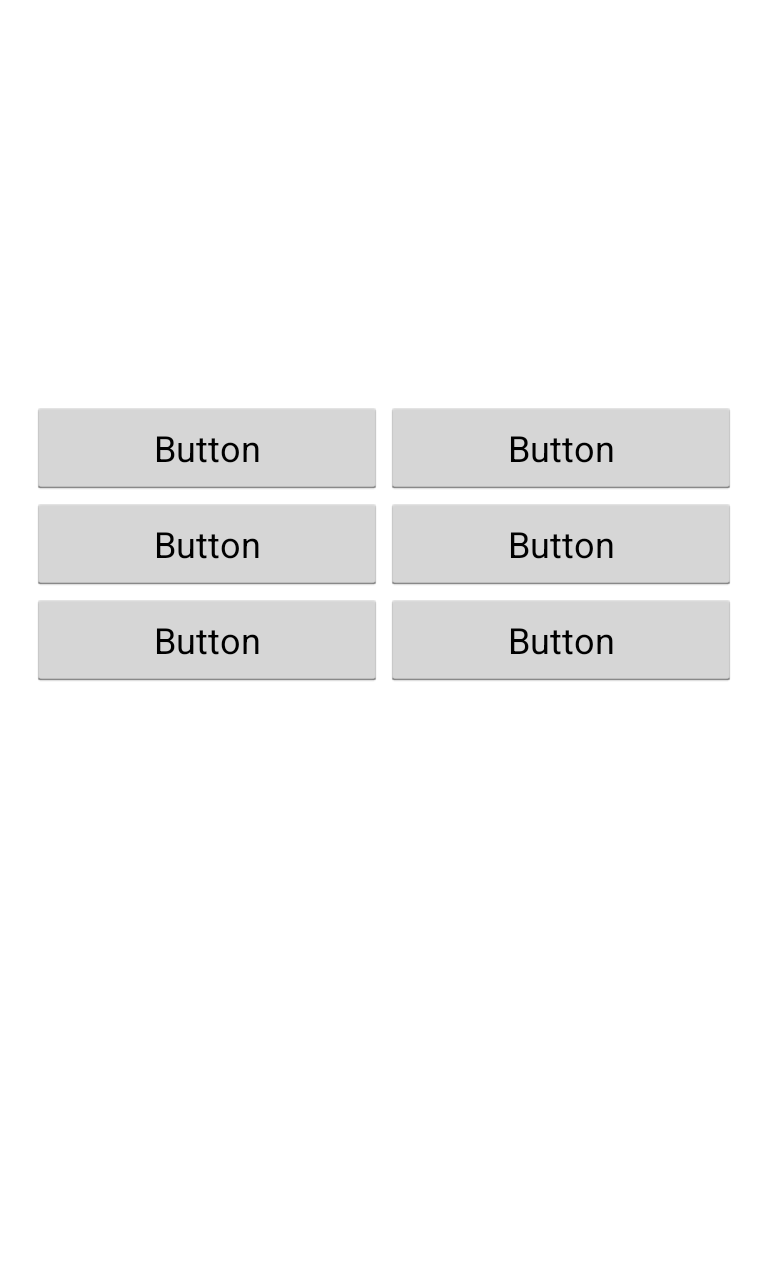
Repository: AungWinnHtut/MScAnd
Layout: com.example.com.engineer4myanmar.rtrs.MainActivity/res/layout/activity_main.xml
The author's editor kept a copy of each file at every save. The layout is drawn from the files as they stood at one save, then again after the next save.
It is drawn on a 768 x 1280 px phone screen (xhdpi) without system bars, with theme AppTheme; the app's code is not run.

Above is the layout before, as saved 2015-06-21 06:44:38.

After the next save:
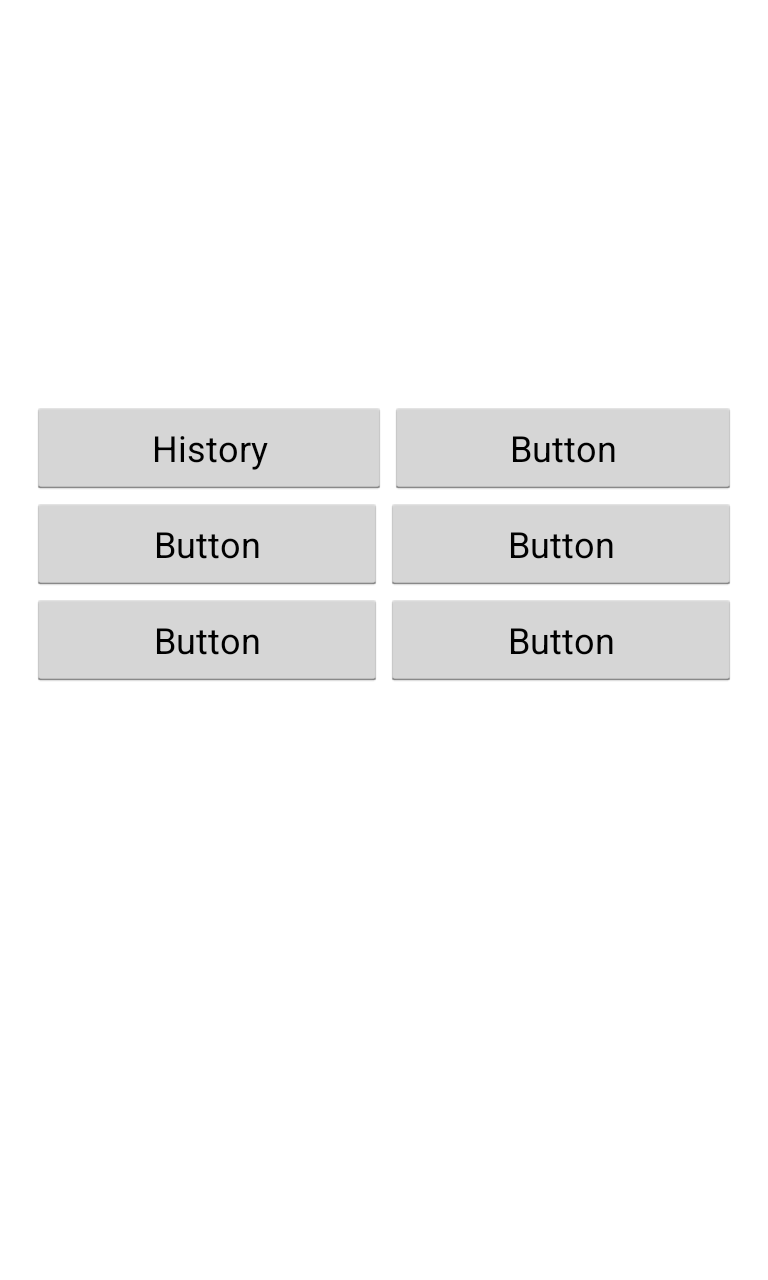
Saved 13 min 26 s later.
--- a/com.example.com.engineer4myanmar.rtrs.MainActivity/res/layout/activity_main.xml
+++ b/com.example.com.engineer4myanmar.rtrs.MainActivity/res/layout/activity_main.xml
@@ -14,11 +14,11 @@
         >
 
         <Button
-            android:id="@+id/button1"
+            android:id="@+id/btnHistory"
             android:layout_weight="1"
             android:layout_width="wrap_content"
             android:layout_height="wrap_content"
-            android:text="Button" />
+            android:text="History" />
 
         <Button
             android:id="@+id/button2"
